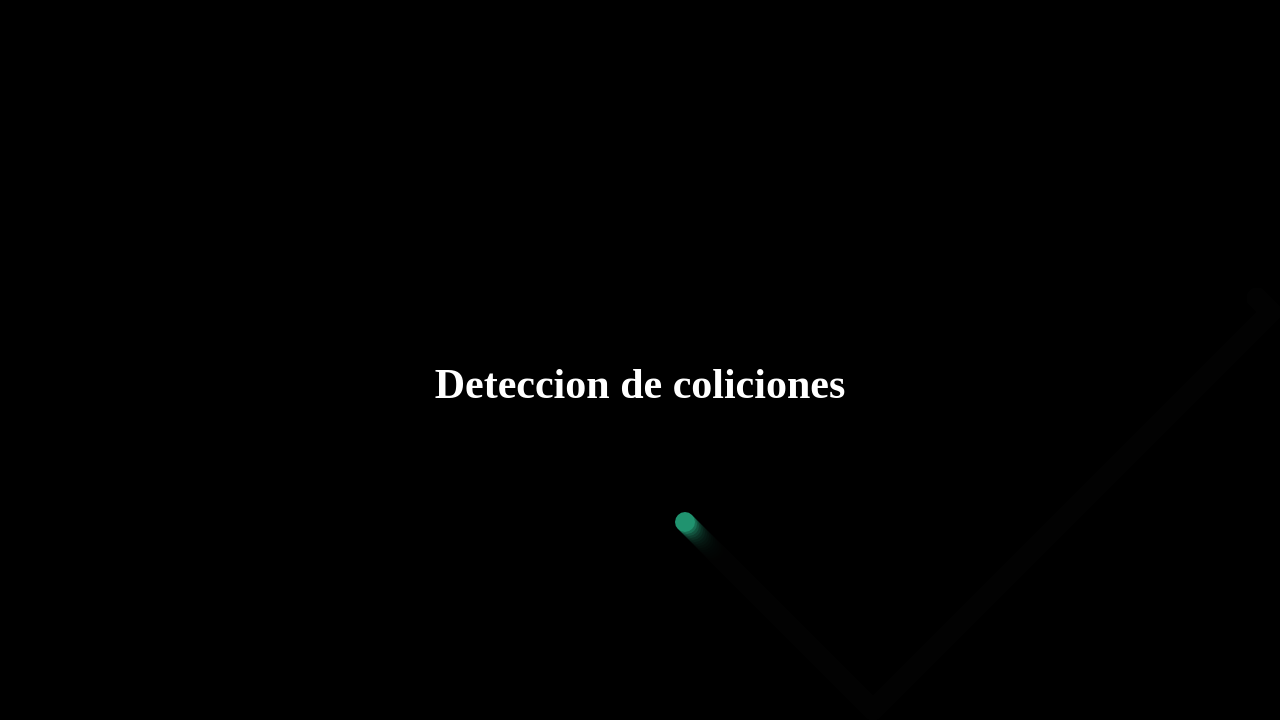
Repository: mvbri/Bouncing-Balls-Animation
Page: index.html
These files come from the project's save history. The page is drawn as it stood at one moment and after the next save; the edit follows.
The browser window is 1280 px wide. The pictures show the whole page.

Above is the page before, as saved 2023-01-15 18:55:36.

### index.html
<!DOCTYPE html>
<html lang="en">
	<head>
		<meta charset="UTF-8" />
		<meta http-equiv="X-UA-Compatible" content="IE=edge" />
		<meta name="viewport" content="width=device-width, initial-scale=1.0" />
		<title>Practicas js</title>
		<link rel="stylesheet" href="style.css" />
	</head>
	<body>
		<div class="container">
			<h1>Deteccion de coliciones</h1>
			<canvas class="canvas"></canvas>
		</div>
		<script src="./bouncingBalls.js"></script>
		<!-- <script src="main.js"></script> -->
	</body>
</html>

### style.css
* {
    margin: 0;
    padding: 0;
    box-sizing: border-box;
}

html,
body {
    height: 100vh;
}

.container {
    height: 100%;
    display: grid;
    justify-content: center;
    align-items: center;
}

h1 {
    text-align: center;
    position: absolute;
    top: 50%;
    left: 0;
    z-index: 1000;
    color: #fff;
    width: 100%;
    text-align: center;
    font-size: 42px;
}

### bouncingBalls.js
const canvas = document.querySelector('.canvas');
const ctx = canvas.getContext('2d');

window.addEventListener('resize', () => {
	getDisign();
});
window.addEventListener('DOMContentLoaded', () => {
	getDisign();
});

const getDisign = () => {
	let width = window.innerWidth;
	let height = window.innerHeight;
	canvas.width = width;
	canvas.height = height;

	const random = (min, max) => {
		var num = Math.floor(Math.random() * (max - min + 1)) + min;
		return num;
	};

	const randomRGB = () => {
		return `rgb(${random(0, 255)},${random(0, 255)},${random(0, 255)})`;
	};

	class Ball {
		constructor(x, y, vely, velx, color, size) {
			this.x = x;
			this.y = y;
			this.vely = vely;
			this.velx = velx;
			this.color = color;
			this.size = size;
		}

		draw() {
			ctx.beginPath();
			ctx.fillStyle = this.color;
			ctx.arc(this.x, this.y, this.size, 0, 2 * Math.PI);
			ctx.fill();
		}
		update() {
			if (this.x + this.size >= width) this.velx = -this.velx;
			if (this.x - this.size <= 0) this.velx = -this.velx;
			if (this.y + this.size >= height) this.vely = -this.vely;
			if (this.y - this.size <= 0) this.vely = -this.vely;

			this.x += this.velx;
			this.y += this.vely;
		}
	}

	let balls = [];
	while (balls.length < 1) {
		const size = random(10, 20);
		const ball = new Ball(
			random(0 + size, width - size),
			random(0 + size, height - size),
			random(-7, 7),
			random(-7, 7),
			randomRGB(),
			size
		);

		balls.push(ball);
	}

	const loop = () => {
		ctx.fillStyle = 'rgba(0, 0, 0, 0.25)';
		ctx.fillRect(0, 0, width, height);

		for (const ball of balls) {
			ball.draw();
			ball.update();
		}

		requestAnimationFrame(loop);
	};
	loop();
};

// function Ball(x, y, vely, velx, color, size) {
// 	this.x = x;
// 	this.y = y;
// 	this.vely = vely;
// 	this.velx = velx;
// 	this.color = color;
// 	this.size = size;
// }

// Cuales son las diferencias entre una funcion constructora y un clase
// La funcion anterior es siquiera una funcion constuctora?

After the next save:
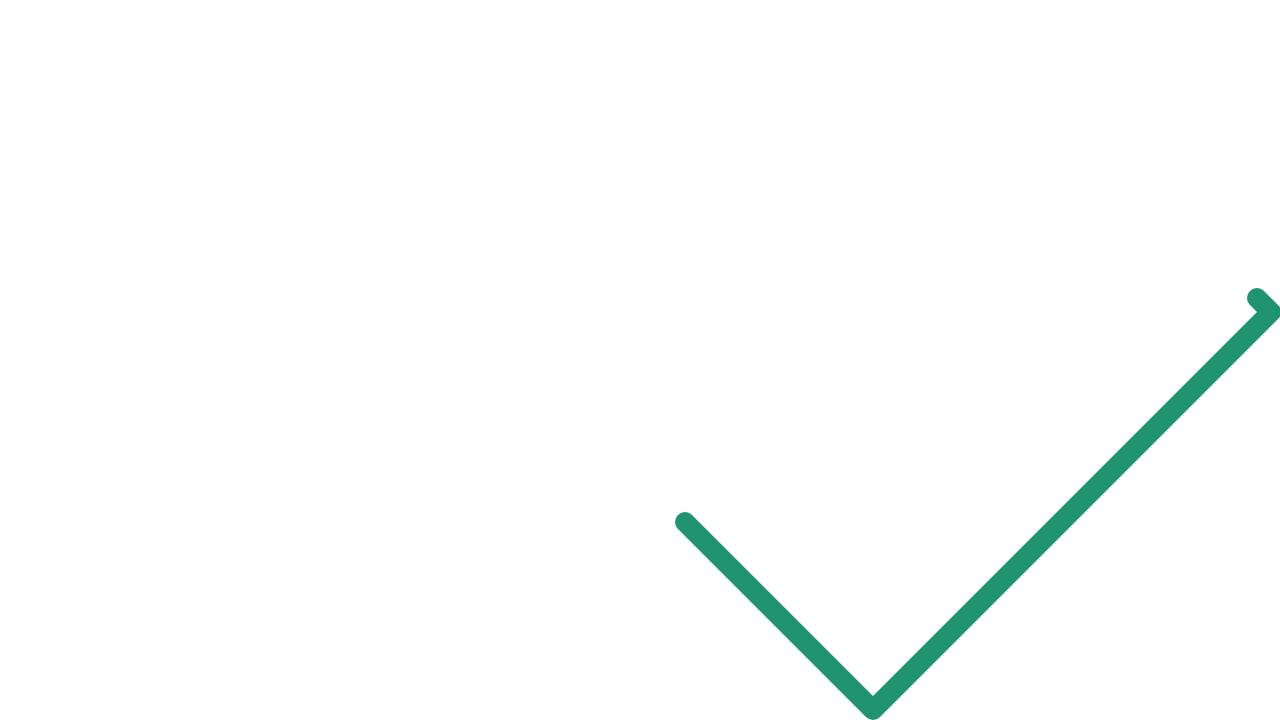
Saved 2 min 37 s later.
--- a/bouncingBalls.js
+++ b/bouncingBalls.js
@@ -66,9 +66,6 @@
 	}
 
 	const loop = () => {
-		ctx.fillStyle = 'rgba(0, 0, 0, 0.25)';
-		ctx.fillRect(0, 0, width, height);
-
 		for (const ball of balls) {
 			ball.draw();
 			ball.update();

After the save that followed:
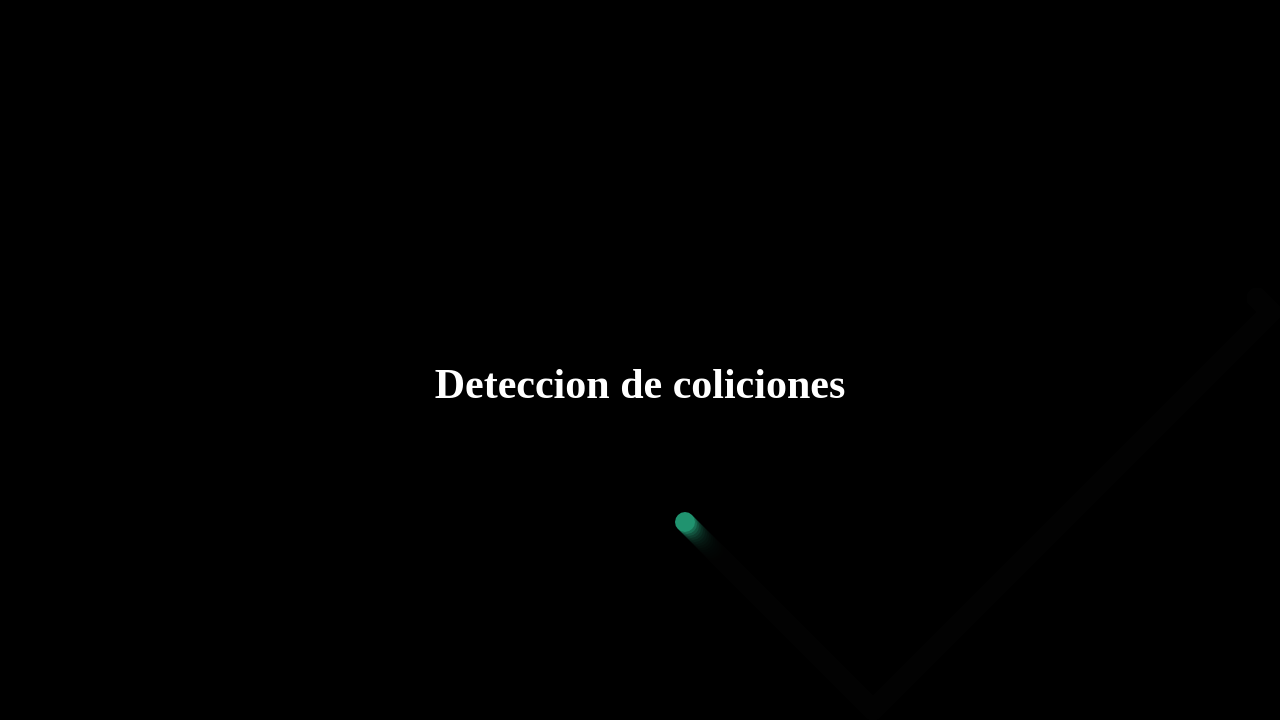
Saved 94 s later.
--- a/bouncingBalls.js
+++ b/bouncingBalls.js
@@ -66,6 +66,9 @@
 	}
 
 	const loop = () => {
+		ctx.fillStyle = 'rgba(0, 0, 0, 0.25)';
+		ctx.fillRect(0, 0, width, height);
+
 		for (const ball of balls) {
 			ball.draw();
 			ball.update();
